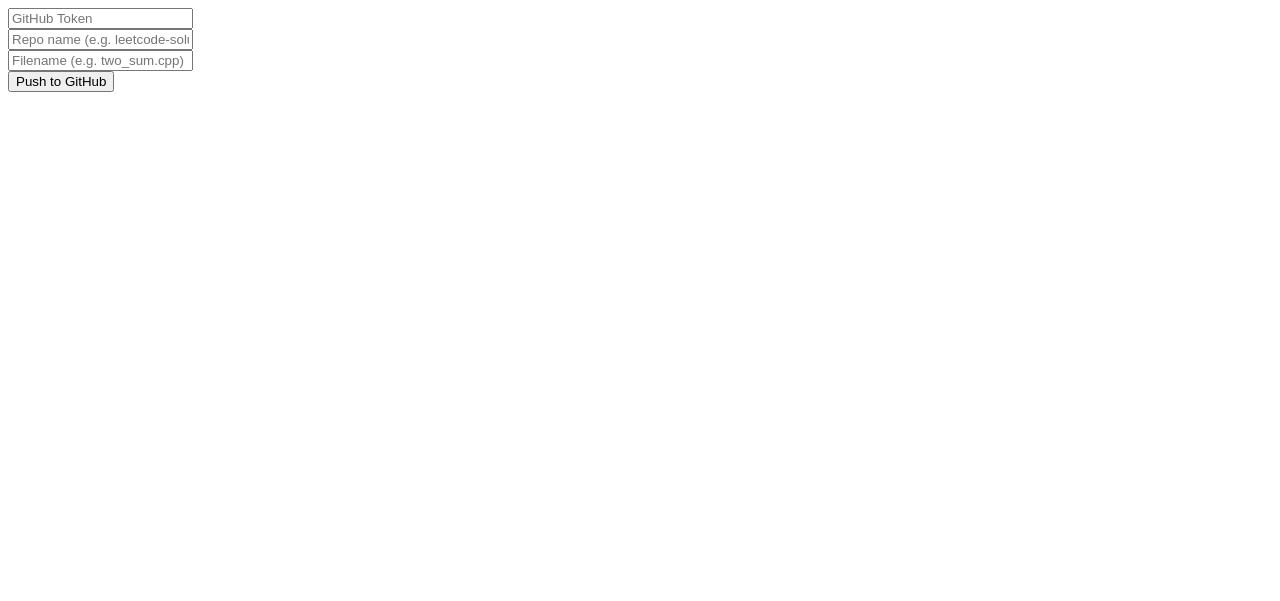
Repository: Mohitkumar1322/LeetcodeCodeToGithubExtension
Page: popup.html
An editor plug-in stored every save of this project. The page is shown before and after a run of saves, followed by the edit.
The browser window is 1280 px wide. The pictures show the whole page.

Above is the page before, as saved 2025-07-23 10:49:16.

After the next 4 saves:
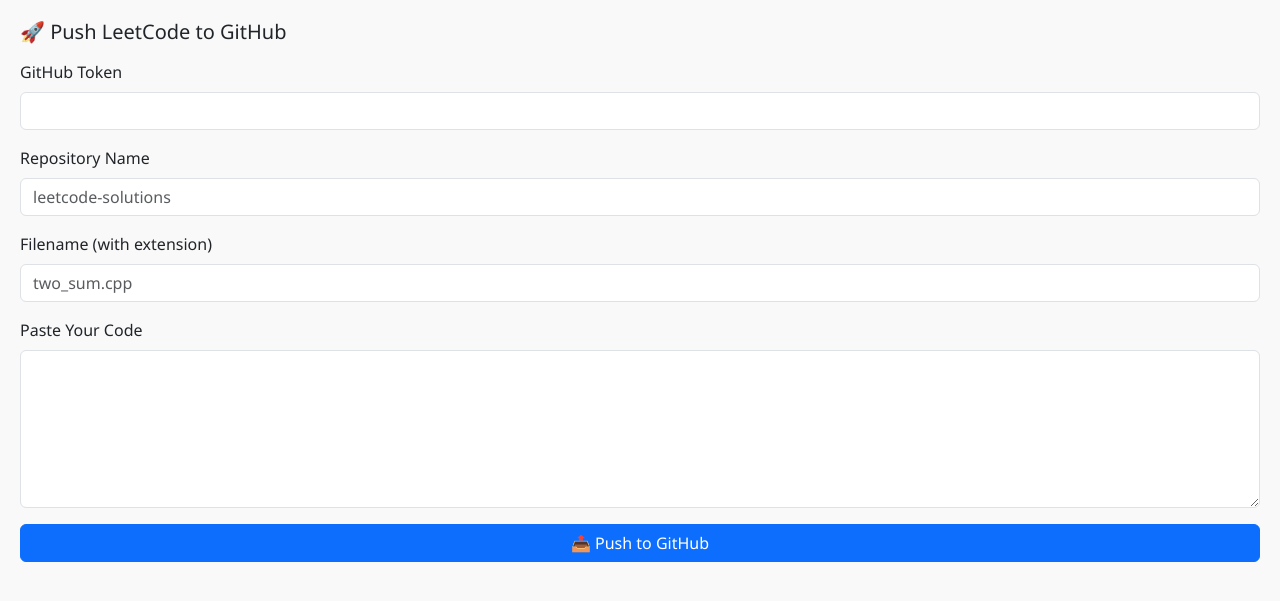
Console error: TypeError: Cannot read properties of null (reading 'addEventListener')
The 4 saves are shown as one change because they came seconds apart.
The last was saved 5 min 32 s later.
--- a/popup.html
+++ b/popup.html
@@ -1,4 +1,4 @@
-<!DOCTYPE html>
+<!-- <!DOCTYPE html>
 <html>
   <head>
     <title>Push to GitHub</title>
@@ -11,4 +11,55 @@
 
     <script src="popup.js"></script>
   </body>
+</html> -->
+<!DOCTYPE html>
+<html lang="en">
+<head>
+  <meta charset="UTF-8" />
+  <meta name="viewport" content="width=device-width, initial-scale=1.0" />
+  <title>LeetCode Pusher</title>
+  <link
+    href="https://cdn.jsdelivr.net/npm/bootstrap@5.3.2/dist/css/bootstrap.min.css"
+    rel="stylesheet"
+  />
+  <style>
+    body {
+      min-width: 320px;
+      padding: 20px;
+      background: #f9f9f9;
+      font-family: 'Segoe UI', sans-serif;
+    }
+    .status {
+      font-size: 0.85rem;
+    }
+  </style>
+</head>
+<body>
+  <h5 class="mb-3">🚀 Push LeetCode to GitHub</h5>
+
+  <div class="mb-3">
+    <label for="token" class="form-label">GitHub Token</label>
+    <input type="password" class="form-control" id="token" />
+  </div>
+
+  <div class="mb-3">
+    <label for="repo" class="form-label">Repository Name</label>
+    <input type="text" class="form-control" id="repo" placeholder="leetcode-solutions" />
+  </div>
+
+  <div class="mb-3">
+    <label for="filename" class="form-label">Filename (with extension)</label>
+    <input type="text" class="form-control" id="filename" placeholder="two_sum.cpp" />
+  </div>
+
+  <div class="mb-3">
+    <label for="code" class="form-label">Paste Your Code</label>
+    <textarea class="form-control" id="code" rows="6"></textarea>
+  </div>
+
+  <button id="pushBtn" class="btn btn-primary w-100">📤 Push to GitHub</button>
+  <div id="status" class="status mt-2 text-center"></div>
+
+  <script src="popup.js"></script>
+</body>
 </html>
